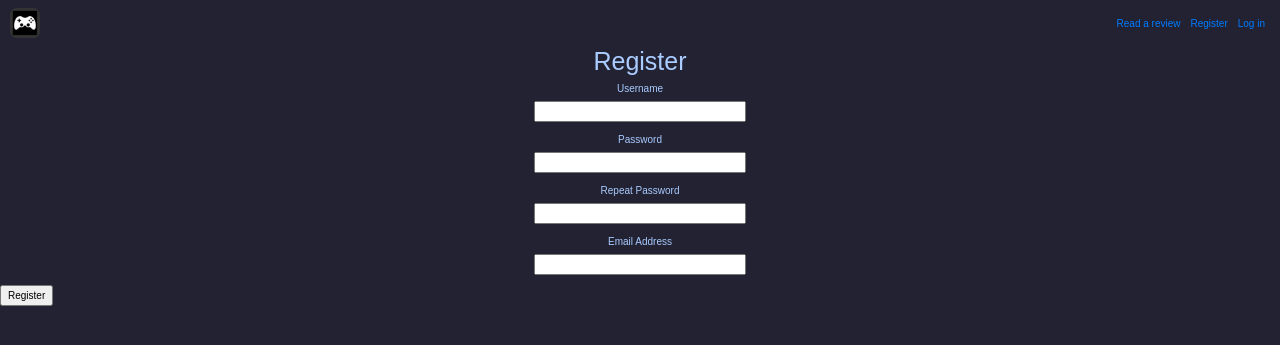
Repository: amit238/milestone-project-3
Page: http://localhost/register
The author's editor kept a record of every edit. The page is drawn from the files as they stood at one moment, then again after the next edit.
The browser window is 1280 px wide. The pictures show the whole page.
Some web libraries are served in a nearby version. The page is served by the project's application, run on Flask 3 (app.py).

Above is the page before.

After the next edit:
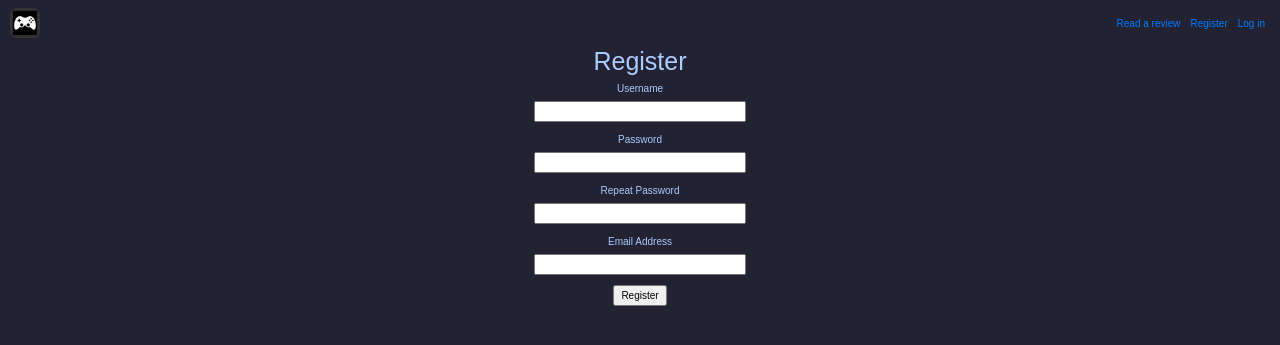
The edit:
--- a/templates/register.html
+++ b/templates/register.html
@@ -41,6 +41,6 @@
                 <span style="color: red;">{{ error }}</span>
             {% endfor %}
         </p>
-        <p>{{ form.submit() }}</p>
+        <p class="color-center">{{ form.submit() }}</p>
     </form>
 {% endblock %}
